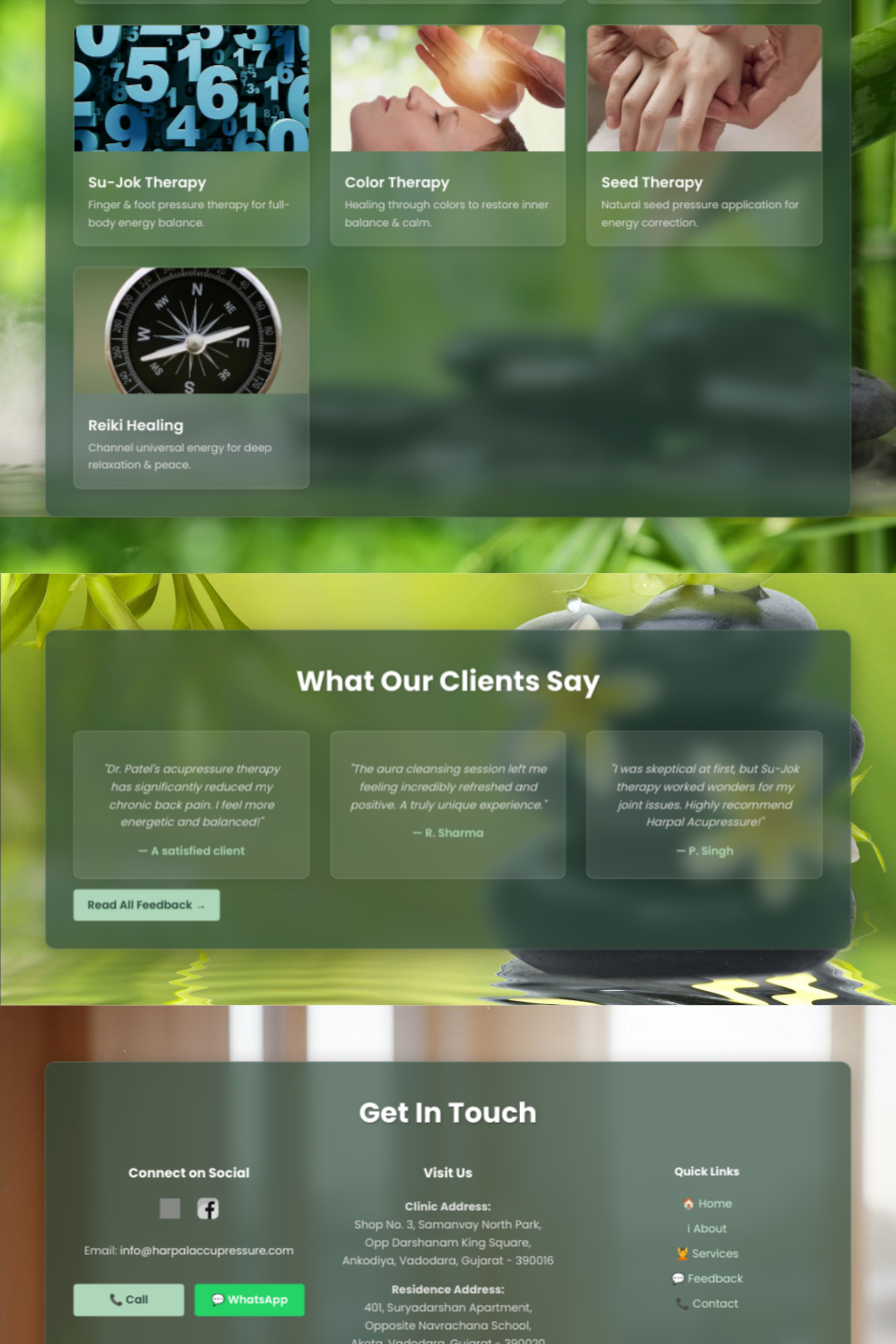
Repository: swasthiik/my-websites
Page: index.html
These files come from the project's save history. The page is drawn as it stood at one moment and after the next save; the edit follows.
The browser window is 1280 px wide. The pictures show the part of the page from y = 2436 to 4356 px (the page is 4684 px tall before and 4781 px after), at 70% of full size.
Pictures or frames that could not be fetched are drawn as grey boxes. Backgrounds fixed to the window are drawn as part of the page.

Above is the page before, as saved 2025-10-30 17:50:14.

### index.html
<!DOCTYPE html>
<html lang="en">
<head>
  <meta charset="UTF-8" />
  <meta name="viewport" content="width=device-width, initial-scale=1.0" />
  <title>Harpal Acupressure — Healing & Wellness</title>

  <!-- Google Font -->
  <link href="https://fonts.googleapis.com/css2?family=Poppins:wght@300;400;600;700&display=swap" rel="stylesheet">

  <!-- Favicon -->
  <link rel="icon" href="images/logo.jpg">

  <!-- Main stylesheet -->
  <link rel="stylesheet" href="style.css">
</head>

<body>
  <!-- HEADER -->
  <header>
    <div class="logo-area">
      <!-- Ensure logo.png is in your images folder -->
      <img src="images/logo.jpg" alt="Harpal Acupressure Logo" class="logo">
      <h1 class="site-title">Harpal Acupressure</h1>
    </div>

    <!-- NEW: Mobile Menu Button -->
    <button class="mobile-menu-button" id="menu-button" aria-label="Open Menu" aria-expanded="false">
        <div class="dot"></div>
        <div class="dot"></div>
        <div class="dot"></div>
    </button>

    <nav class="nav-menu" id="nav-menu" aria-label="Main navigation">
      <ul>
        <li><a href="index.html" class="active">Home</a></li>
        <li><a href="about.html">About</a></li>
        <li><a href="#services">Services</a></li>
        <li><a href="feedback.html">Feedback</a></li>
        <li><a href="#contact">Contact</a></li>
      </ul>
    </nav>
  </header>

  <!-- HERO -->
  <section id="hero" role="region" aria-label="Hero">
    <div class="hero-overlay">
      <h1>Welcome to Harpal Acupressure</h1>
      <p>Healing through touch, energy &amp; balance — a path to holistic wellness guided by <strong>Dr. Dipali Patel</strong>.</p>
      <a href="about.html" class="btn">Explore More →</a>
    </div>
  </section>

  <!-- ABOUT SUMMARY -->
  <section id="about-home" class="glass-section" aria-labelledby="about-title">
    <div class="section-card">
      <h2 id="about-title"><strong>About Harpal Acupressure</strong></h2>
      <div class="about-content-grid">
        <p>
          Harpal Acupressure is a trusted wellness center dedicated to natural healing through acupressure and holistic therapies
          under <strong>Dr. Dipali Premalkumar Patel</strong>. We combine traditional techniques with modern care to restore balance
          and well-being. Our approach is rooted in ancient wisdom, providing a serene environment for healing and rejuvenation.
        </p>
        <div class="about-image-wrapper">
          <!-- Placeholder for the about summary image (e.g., a serene herbal image or the bookshelf image) -->
        </div>
      </div>
      <a href="about.html" class="btn">Read More →</a>
    </div>
  </section>

  <!-- SERVICES -->
  <section id="services" class="glass-section" aria-labelledby="services-title">
    <div class="section-card">
      <h2 id="services-title"><strong>Our Services</strong></h2>

      <div class="services-grid">
        <!-- Service 1 -->
        <div class="service-card">
          <img src="images/service1.jpg" alt="Acupressure Therapy">
          <div class="svc-body">
            <div class="svc-title">Acupressure Therapy</div>
            <div class="svc-text">Targeted pressure point healing for pain and balance.</div>
          </div>
        </div>
        <!-- Service 2 -->
        <div class="service-card">
          <img src="images/service2.jpg" alt="Acupuncture">
          <div class="svc-body">
            <div class="svc-title">Acupuncture</div>
            <div class="svc-text">Stimulates body healing and relieves chronic symptoms.</div>
          </div>
        </div>
        <!-- Service 3 -->
        <div class="service-card">
          <img src="images/service3.jpg" alt="Aura Cleansing">
          <div class="svc-body">
            <div class="svc-title">Aura Cleansing</div>
            <div class="svc-text">Removes negativity, recharges your energy and aura field.</div>
          </div>
        </div>
        <!-- Service 4 -->
        <div class="service-card">
          <img src="images/service4.jpg" alt="Cupping Therapy">
          <div class="svc-body">
            <div class="svc-title">Cupping Therapy</div>
            <div class="svc-text">Boost circulation, detox body & ease muscle tension.</div>
          </div>
        </div>
        <!-- Service 5 -->
        <div class="service-card">
          <img src="images/service5.jpg" alt="Casa Therapy">
          <div class="svc-body">
            <div class="svc-title">Casa Therapy</div>
            <div class="svc-text">Balances posture, structure, and natural body alignment.</div>
          </div>
        </div>
        <!-- Service 6 -->
        <div class="service-card">
          <img src="images/service6.jpg" alt="Magnetic Therapy">
          <div class="svc-body">
            <div class="svc-title">Magnetic Therapy</div>
            <div class="svc-text">Uses magnetic energy to stimulate healing and vitality.</div>
          </div>
        </div>
        <!-- Service 7 -->
        <div class="service-card">
          <img src="images/service7.jpg" alt="Su-Jok Therapy">
          <div class="svc-body">
            <div class="svc-title">Su-Jok Therapy</div>
            <div class="svc-text">Finger & foot pressure therapy for full-body energy balance.</div>
          </div>
        </div>
        <!-- Service 8 -->
        <div class="service-card">
          <img src="images/service8.jpg" alt="Color Therapy">
          <div class="svc-body">
            <div class="svc-title">Color Therapy</div>
            <div class="svc-text">Healing through colors to restore inner balance & calm.</div>
          </div>
        </div>
        <!-- Service 9 -->
        <div class="service-card">
          <img src="images/service9.jpg" alt="Seed Therapy">
          <div class="svc-body">
            <div class="svc-title">Seed Therapy</div>
            <div class="svc-text">Natural seed pressure application for energy correction.</div>
          </div>
        </div>
        <!-- Service 10 -->
        <div class="service-card">
          <img src="images/service10.jpg" alt="Reiki Healing">
          <div class="svc-body">
            <div class="svc-title">Reiki Healing</div>
            <div class="svc-text">Channel universal energy for deep relaxation & peace.</div>
          </div>
        </div>
      </div>
    </div>
  </section>

  <!-- FEEDBACK (New section based on your previous request for background4.jpg) -->
  <section id="feedback-home" class="glass-section" aria-labelledby="feedback-title">
    <div class="section-card">
      <h2 id="feedback-title"><strong>What Our Clients Say</strong></h2>
      <div class="feedback-grid">
        <div class="feedback-item">
          <p>"Dr. Patel's acupressure therapy has significantly reduced my chronic back pain. I feel more energetic and balanced!"</p>
          <span>— A satisfied client</span>
        </div>
        <div class="feedback-item">
          <p>"The aura cleansing session left me feeling incredibly refreshed and positive. A truly unique experience."</p>
          <span>— R. Sharma</span>
        </div>
        <div class="feedback-item">
          <p>"I was skeptical at first, but Su-Jok therapy worked wonders for my joint issues. Highly recommend Harpal Acupressure!"</p>
          <span>— P. Singh</span>
        </div>
      </div>
      <a href="feedback.html" class="btn">Read All Feedback →</a>
    </div>
  </section>

  <!-- CONTACT -->
  <section id="contact" class="glass-section" aria-labelledby="contact-title">
    <div class="section-card" id="contact-card">
      <h2 id="contact-title"><strong>Get In Touch</strong></h2> <!-- Added a main title for consistency -->
      <div class="inner">
        <div class="contact-left">
          <h3>Connect on Social</h3>
          <div class="social-btns">
            <a href="https://www.instagram.com/harpal_acupressure/" target="_blank" rel="noopener"><img src="images/instagram.png" alt="Instagram"></a>
            <a href="https://m.facebook.com/share/1GioYfoyAg/" target="_blank" rel="noopener"><img src="images/facebook.png" alt="Facebook"></a>
          </div>

          <p class="email-line">Email: <a href="mailto:info@harpalaccupressure.com">info@harpalaccupressure.com</a></p>

          <div class="btn-area">
            <a class="btn btn-call" href="tel:+9189980455518">📞 Call</a>
            <a class="btn btn-wa" href="https://wa.me/918866556830" target="_blank" rel="noopener">💬 WhatsApp</a>
          </div>
        </div>

        <div class="contact-center">
          <h3>Visit Us</h3>
          <p><strong>Clinic Address:</strong><br>
            Shop No. 3, Samanvay North Park,<br>
            Opp Darshanam King Square,<br>
            Ankodiya, Vadodara, Gujarat - 390016
          </p>

          <p><strong>Residence Address:</strong><br>
            401, Suryadarshan Apartment,<br>
            Opposite Navrachana School,<br>
            Akota, Vadodara, Gujarat - 390020
          </p>

          <p><a href="https://maps.app.goo.gl/6wJNQphf7XSe5wKk8" target="_blank" rel="noopener">📍 Open in Google Maps</a></p>
        </div>

        <div class="quick-links">
          <h4>Quick Links</h4>
          <a href="index.html">🏠 Home</a>
          <a href="about.html">ℹ About</a>
          <a href="#services">💆 Services</a>
          <a href="feedback.html">💬 Feedback</a>
          <a href="#contact">📞 Contact</a>
        </div>
      </div>

      <div class="final-line">A PLACE OF HEALING, RELAXATION &amp; HOLISTIC WELLNESS</div>
    </div>
  </section>

  <footer>© 2025 Harpal Acupressure. All Rights Reserved.</footer>

  <!-- NEW: JavaScript for the Mobile Menu -->
  <script>
    const menuButton = document.getElementById('menu-button');
    const navMenu = document.getElementById('nav-menu');

    menuButton.addEventListener('click', () => {
      const isExpanded = menuButton.getAttribute('aria-expanded') === 'true';
      menuButton.setAttribute('aria-expanded', !isExpanded);
      navMenu.classList.toggle('active');
    });
  </script>
</body>
</html>

### style.css
/* General Body & Typography */
body {
  font-family: 'Poppins', sans-serif;
  margin: 0;
  color: #333; /* Default body text color (mostly for non-section content) */
  line-height: 1.6;
}

h1, h2, h3, h4, h5, h6 {
  font-weight: 700;
  margin-top: 0;
  margin-bottom: 0.5em;
  color: #2e4a3d; /* Default heading color */
}

p {
  margin-bottom: 1em;
}

a {
  text-decoration: none;
  color: #4a7d65;
  transition: color 0.3s ease;
}

a:hover {
  color: #2e4a3d;
}

.btn {
  display: inline-block;
  background-color: #aed6b9; /* Brighter green for better visibility on dark backgrounds */
  color: #2e4a3d; /* Dark text on light button */
  padding: 10px 20px;
  border-radius: 5px;
  margin-top: 15px;
  transition: all 0.3s ease;
  font-weight: 600;
  border: none;
}

.btn:hover {
  background-color: #ffffff; /* White on hover */
  transform: translateY(-2px);
}

/* Header Styling */
header {
  background-color: #2e4a3d;
  color: #ffffff;
  padding: 15px 5%;
  display: flex;
  justify-content: space-between;
  align-items: center;
  box-shadow: 0 2px 5px rgba(0,0,0,0.1);
  position: sticky;
  top: 0;
  z-index: 1000;
}

.logo-area {
  display: flex;
  align-items: center;
}

.logo-area .logo {
  height: 40px;
  width: auto;
  margin-right: 10px;
  border-radius: 50%;
  object-fit: cover;
}

.site-title {
  font-size: 1.8em;
  font-weight: 700;
  margin: 0;
  color: #ffffff;
}

.nav-menu ul {
  list-style: none;
  margin: 0;
  padding: 0;
  display: flex;
}

.nav-menu li {
  margin-left: 25px;
}

.nav-menu a {
  color: #ffffff;
  font-weight: 400;
  padding: 5px 0;
  position: relative;
  transition: color 0.3s ease;
}

.nav-menu a:hover,
.nav-menu a.active {
  color: #aed6b9;
}

.nav-menu a::after {
  content: '';
  position: absolute;
  width: 0;
  height: 2px;
  display: block;
  margin-top: 5px;
  right: 0;
  background: #aed6b9;
  transition: width 0.3s ease;
  -webkit-transition: width 0.3s ease;
}

.nav-menu a:hover::after,
.nav-menu a.active::after {
  width: 100%;
  left: 0;
  background: #aed6b9;
}

/* Mobile Menu Button Styling */
.mobile-menu-button {
  display: none; /* Hidden by default on desktop */
  flex-direction: column;
  justify-content: space-around;
  width: 30px;
  height: 25px;
  background: transparent;
  border: none;
  cursor: pointer;
  padding: 0;
  z-index: 1010; /* Ensure it's above other header content */
}

.mobile-menu-button .dot {
  width: 6px;
  height: 6px;
  background-color: white;
  border-radius: 50%;
  align-self: center;
}

/* HERO Section */
#hero {
  background-image: url('images/background.jpg');
  background-size: cover;
  background-position: center;
  height: 100vh;
  display: flex;
  justify-content: center;
  align-items: center;
  text-align: center;
  color: #ffffff;
  position: relative;
  overflow: hidden;
}

.hero-overlay {
  background: rgba(0, 0, 0, 0.5); /* Darker overlay for strong contrast */
  padding: 50px 20px;
  border-radius: 10px;
  max-width: 800px;
  width: 90%;
  backdrop-filter: blur(5px); /* Subtle blur for hero */
  -webkit-backdrop-filter: blur(5px);
}

#hero h1 {
  font-size: 3em;
  margin-bottom: 15px;
  color: #ffffff;
  text-shadow: 2px 2px 4px rgba(0,0,0,0.7);
}

#hero p {
  font-size: 1.2em;
  margin-bottom: 30px;
  color: #e0e0e0; /* Slightly off-white for hero subtitle */
  text-shadow: 1px 1px 3px rgba(0,0,0,0.7);
}

/* General Section Styling */
section {
  padding: 80px 5%;
  position: relative;
  background-attachment: fixed;
  background-size: cover;
  background-position: center;
  background-repeat: no-repeat;
  min-height: 400px;
  display: flex;
  align-items: center;
  justify-content: center;
}

/* Section Backgrounds */
#about-home { background-image: url('images/background2.jpg'); }
#services { background-image: url('images/background3.jpg'); }
#feedback-home { background-image: url('images/background4.jpg'); }
#contact { background-image: url('images/background5.jpg'); }

.glass-section .section-card {
  background: rgba(46, 74, 61, 0.7); /* Dark green, semi-transparent background */
  border-radius: 15px;
  padding: 40px;
  box-shadow: 0 8px 32px 0 rgba(0, 0, 0, 0.3);
  backdrop-filter: blur(12px); /* Stronger blur for glass effect */
  -webkit-backdrop-filter: blur(12px);
  border: 1px solid rgba(255, 255, 255, 0.2);
  max-width: 1200px;
  width: 100%;
  z-index: 1;
  color: #ffffff; /* Changed text color to white for readability */
}

/* Section Title Styling */
.glass-section .section-card h2 {
  text-align: center;
  margin-bottom: 40px;
  color: #ffffff; /* White headings */
  font-size: 2.5em;
  text-shadow: 1px 1px 3px rgba(0,0,0,0.4);
}

/* About Content Grid */
.about-content-grid {
  display: grid;
  grid-template-columns: 1fr;
  gap: 30px;
  align-items: center;
  margin-bottom: 30px;
  text-align: left;
}

@media (min-width: 768px) {
  .about-content-grid {
    grid-template-columns: 2fr 1fr;
  }
}

.about-image-wrapper img {
  max-width: 100%;
  height: auto;
  border-radius: 10px;
  box-shadow: 0 4px 15px rgba(0,0,0,0.2);
}

/* Services Grid */
.services-grid {
  display: grid;
  grid-template-columns: repeat(auto-fit, minmax(280px, 1fr));
  gap: 30px;
  margin-top: 30px;
}

.service-card {
  background: rgba(255, 255, 255, 0.1);
  border-radius: 10px;
  box-shadow: 0 4px 15px rgba(0,0,0,0.1);
  overflow: hidden;
  transition: all 0.3s ease;
  border: 1px solid rgba(255, 255, 255, 0.2);
}

.service-card:hover {
  transform: translateY(-5px);
  box-shadow: 0 6px 20px rgba(0,0,0,0.2);
  background: rgba(255, 255, 255, 0.15);
}

.service-card img {
  width: 100%;
  height: 180px;
  object-fit: cover;
}

.svc-body {
  padding: 20px;
  color: #e0e0e0;
}

.svc-title {
  font-weight: 600;
  font-size: 1.3em;
  color: #ffffff;
  margin-bottom: 5px;
}

.svc-text {
  font-size: 0.95em;
}

/* Feedback Grid */
.feedback-grid {
  display: grid;
  grid-template-columns: repeat(auto-fit, minmax(280px, 1fr));
  gap: 30px;
  margin-top: 30px;
}

.feedback-item {
  background: rgba(255, 255, 255, 0.1);
  border-radius: 10px;
  padding: 25px;
  box-shadow: 0 4px 15px rgba(0,0,0,0.05);
  text-align: center;
  font-style: italic;
  color: #e0e0e0;
  border: 1px solid rgba(255, 255, 255, 0.2);
}

.feedback-item p {
  margin-bottom: 15px;
}

.feedback-item span {
  display: block;
  font-weight: 600;
  color: #aed6b9;
  font-style: normal;
}

/* ----- UPDATED & POLISHED CONTACT SECTION ----- */
#contact-card .inner {
  display: grid;
  grid-template-columns: repeat(auto-fit, minmax(280px, 1fr));
  gap: 40px; /* Increased gap for better spacing */
  margin-bottom: 30px;
}

.contact-left, .contact-center, .quick-links {
  text-align: center;
  color: #e0e0e0;
}

.contact-left h3, .contact-center h3, .quick-links h4 {
  color: #ffffff;
  margin-bottom: 20px;
  text-shadow: none;
}

/* FIX: Adjusted filter to work for both Instagram and Facebook icons */
.social-btns img {
  height: 30px;
  width: 30px;
  margin: 0 10px;
  transition: all 0.2s ease;
  filter: grayscale(1) invert(1) brightness(1.5);
  opacity: 0.8;
}

.social-btns img:hover {
  transform: scale(1.1);
  opacity: 1;
  filter: grayscale(0) invert(0) brightness(1); /* Optional: Show original colors on hover */
}

/* FIX: Made email link visible and polished */
.email-line {
  margin-top: 25px; /* Added spacing */
  color: #e0e0e0;
}

.email-line a {
    color: #ffffff;
    font-weight: 500;
    transition: color 0.3s ease;
}

.email-line a:hover {
    color: #aed6b9;
    text-decoration: underline;
}


.btn-area {
  display: flex;
  justify-content: center;
  gap: 15px;
  margin-top: 20px;
}

.btn-call, .btn-wa {
  flex: 1;
  max-width: 150px;
  text-align: center;
}

.btn-wa {
  background-color: #25d366;
  color: #ffffff;
}

.btn-wa:hover {
  background-color: #1da851;
}

/* FIX: Polished Quick Links for better visibility */
.quick-links a {
  display: block;
  margin-bottom: 10px;
  font-weight: 500;
  color: #d4f0db; /* Brighter green for better contrast */
  transition: color 0.3s ease;
}

.quick-links a:hover {
  color: #ffffff;
}

.final-line {
  font-style: italic;
  font-size: 0.9em;
  color: #c0c0c0;
  margin-top: 30px;
  border-top: 1px solid rgba(255, 255, 255, 0.2);
  padding-top: 20px;
  text-align: center;
}
/* ----- END OF CONTACT SECTION ----- */


/* Footer */
footer {
  background-color: #2e4a3d;
  color: #ffffff;
  text-align: center;
  padding: 20px 5%;
  font-size: 0.9em;
}

/* Responsive Adjustments */
@media (max-width: 992px) {
  .about-content-grid {
    grid-template-columns: 1fr;
  }
}

@media (max-width: 768px) {
  header {
    flex-direction: row;
    justify-content: space-between;
    padding: 15px 20px;
  }

  .logo-area {
    margin-bottom: 0;
  }

  .mobile-menu-button {
    display: flex;
  }

  .nav-menu {
    display: none;
    position: absolute;
    top: 70px;
    left: 0;
    width: 100%;
    background-color: #2e4a3d;
    box-shadow: 0 4px 6px rgba(0,0,0,0.1);
  }

  .nav-menu.active {
    display: block;
  }

  .nav-menu ul {
    flex-direction: column;
    width: 100%;
    align-items: center;
    padding: 20px 0;
  }

  .nav-menu li {
    margin-left: 0;
    margin-bottom: 20px;
  }

  .nav-menu li:last-child {
      margin-bottom: 0;
  }

  #hero {
    height: 70vh;
  }

  #hero h1 {
    font-size: 2.2em;
  }

  .section-card {
    padding: 30px 20px;
  }

  .services-grid, .feedback-grid, #contact-card .inner {
    grid-template-columns: 1fr;
  }

  .btn-area {
    flex-direction: column;
    align-items: center;
  }
}

After the next save:
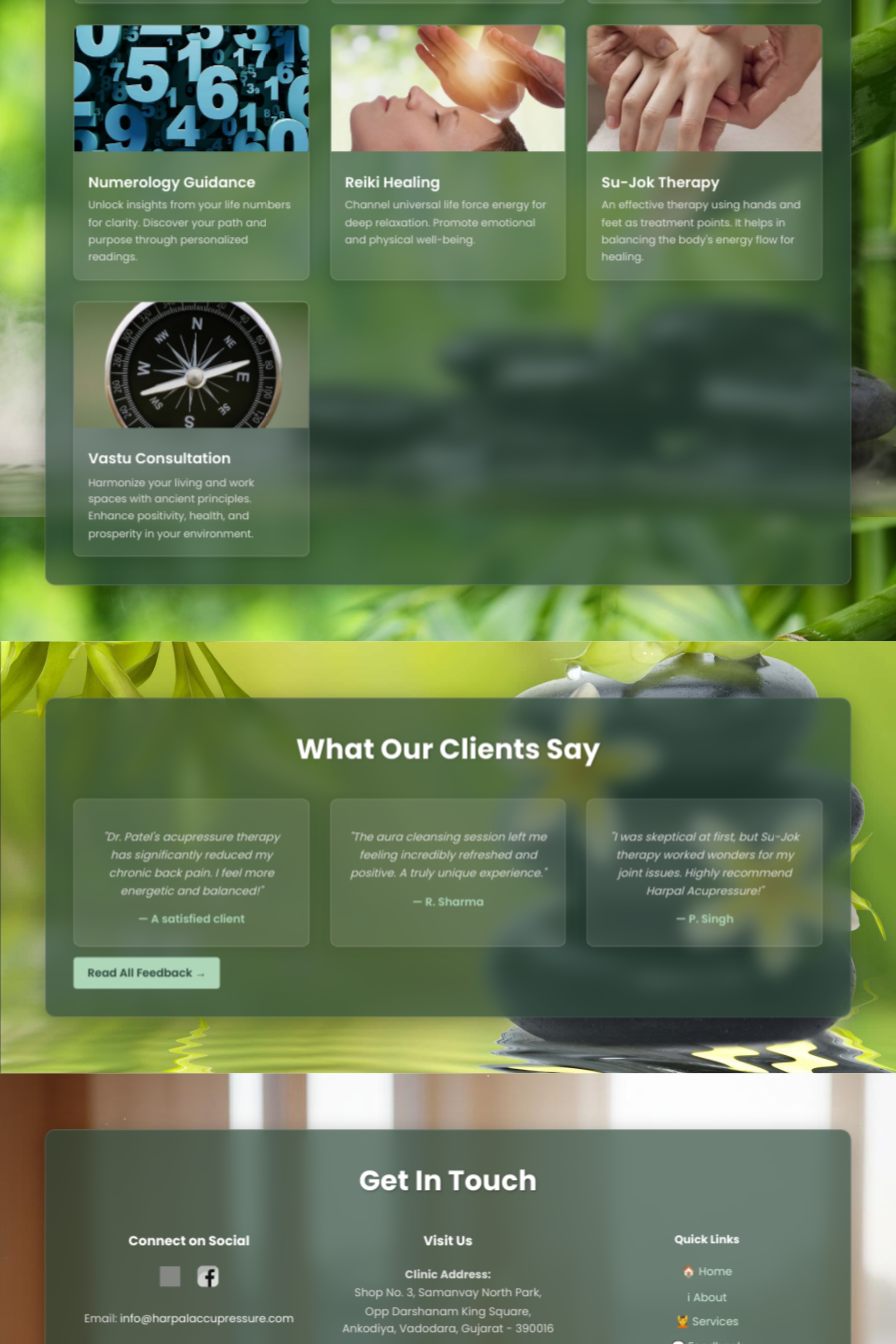
Saved 18 min 49 s later.
--- a/index.html
+++ b/index.html
@@ -125,34 +125,34 @@
         </div>
         <!-- Service 7 -->
         <div class="service-card">
-          <img src="images/service7.jpg" alt="Su-Jok Therapy">
+          <img src="images/service7.jpg" alt="Numerology Guidance">
+          <div class="svc-body">
+            <div class="svc-title">Numerology Guidance</div>
+            <div class="svc-text">Unlock insights from your life numbers for clarity. Discover your path and purpose through personalized readings.</div>
+          </div>
+        </div>
+        <!-- Service 8 -->
+        <div class="service-card">
+          <img src="images/service8.jpg" alt="Reiki Healing">
+          <div class="svc-body">
+            <div class="svc-title">Reiki Healing</div>
+            <div class="svc-text">Channel universal life force energy for deep relaxation. Promote emotional and physical well-being.</div>
+          </div>
+        </div>
+        <!-- Service 9 -->
+        <div class="service-card">
+          <img src="images/service9.jpg" alt="Su-Jok Therapy">
           <div class="svc-body">
             <div class="svc-title">Su-Jok Therapy</div>
-            <div class="svc-text">Finger & foot pressure therapy for full-body energy balance.</div>
-          </div>
-        </div>
-        <!-- Service 8 -->
-        <div class="service-card">
-          <img src="images/service8.jpg" alt="Color Therapy">
-          <div class="svc-body">
-            <div class="svc-title">Color Therapy</div>
-            <div class="svc-text">Healing through colors to restore inner balance & calm.</div>
-          </div>
-        </div>
-        <!-- Service 9 -->
-        <div class="service-card">
-          <img src="images/service9.jpg" alt="Seed Therapy">
-          <div class="svc-body">
-            <div class="svc-title">Seed Therapy</div>
-            <div class="svc-text">Natural seed pressure application for energy correction.</div>
+            <div class="svc-text">An effective therapy using hands and feet as treatment points. It helps in balancing the body's energy flow for healing.</div>
           </div>
         </div>
         <!-- Service 10 -->
         <div class="service-card">
-          <img src="images/service10.jpg" alt="Reiki Healing">
-          <div class="svc-body">
-            <div class="svc-title">Reiki Healing</div>
-            <div class="svc-text">Channel universal energy for deep relaxation & peace.</div>
+          <img src="images/service10.jpg" alt="Vastu Consultation">
+          <div class="svc-body">
+            <div class="svc-title">Vastu Consultation</div>
+            <div class="svc-text">Harmonize your living and work spaces with ancient principles. Enhance positivity, health, and prosperity in your environment.</div>
           </div>
         </div>
       </div>
